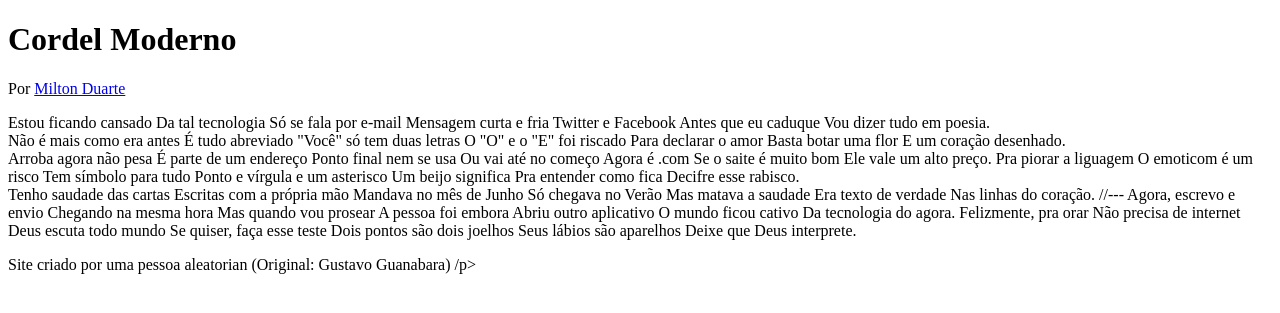
Repository: Codigo404q/html-css
Page: AHAHAHAHAHAHAHHHHHHHHHAHAHAHAHAHAHHAHAH/d012/index.html
The author's editor kept a copy of each file at every save. The page is drawn from the files as they stood at one save, then again after a run of saves.
The browser window is 1280 px wide. The pictures show the whole page.

Above is the page before, as saved 2024-01-07 22:39:51.

After the next 2 saves:
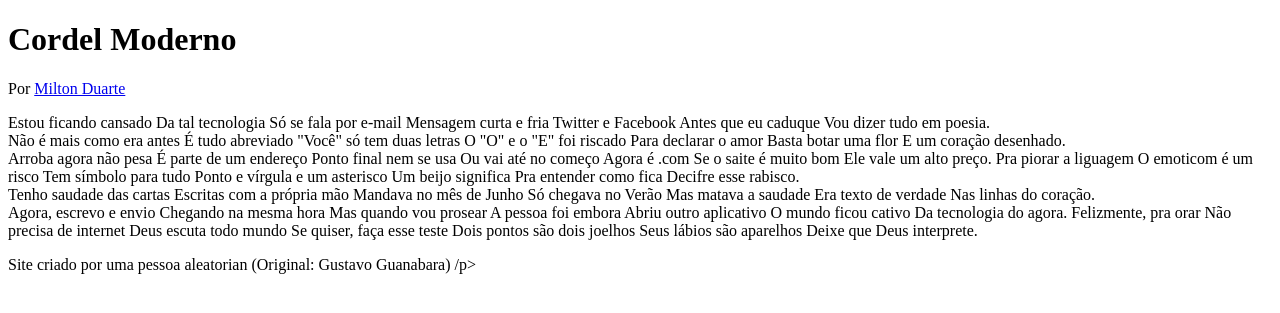
The 2 saves are shown as one change because they came seconds apart.
The last was saved 13 s later.
--- a/AHAHAHAHAHAHAHHHHHHHHHAHAHAHAHAHAHHAHAH/d012/index.html
+++ b/AHAHAHAHAHAHAHHHHHHHHHAHAHAHAHAHAHHAHAH/d012/index.html
@@ -55,15 +55,17 @@
 
 
 
-    Tenho saudade das cartas
-    Escritas com a própria mão
-    Mandava no mês de Junho
-    Só chegava no Verão
-    Mas matava a saudade
-    Era texto de verdade
-    Nas linhas do coração.
+    <section>
+        Tenho saudade das cartas
+        Escritas com a própria mão
+        Mandava no mês de Junho
+        Só chegava no Verão
+        Mas matava a saudade
+        Era texto de verdade
+        Nas linhas do coração.
+    </section>
 
-    //---
+
 
     Agora, escrevo e envio
     Chegando na mesma hora
